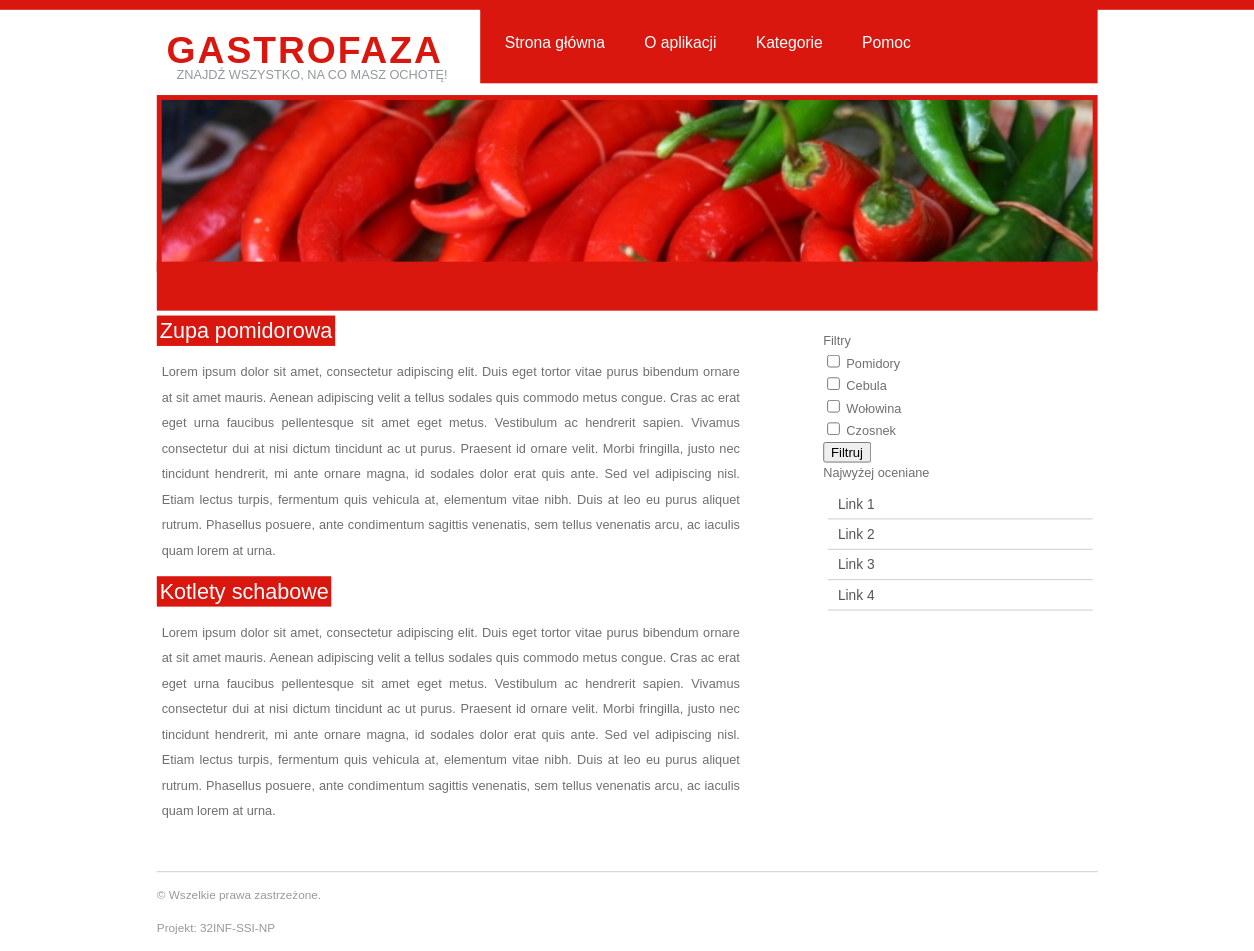
Repository: Michals1988/GroupProject
Page: index.html
These files come from the project's save history. The page is drawn as it stood at one moment and after the next save; the edit follows.
The browser window is 1280 px wide. The pictures show the whole page, at 98% of full size.

Above is the page before, as saved 2020-10-25 17:32:45.

After the next save:
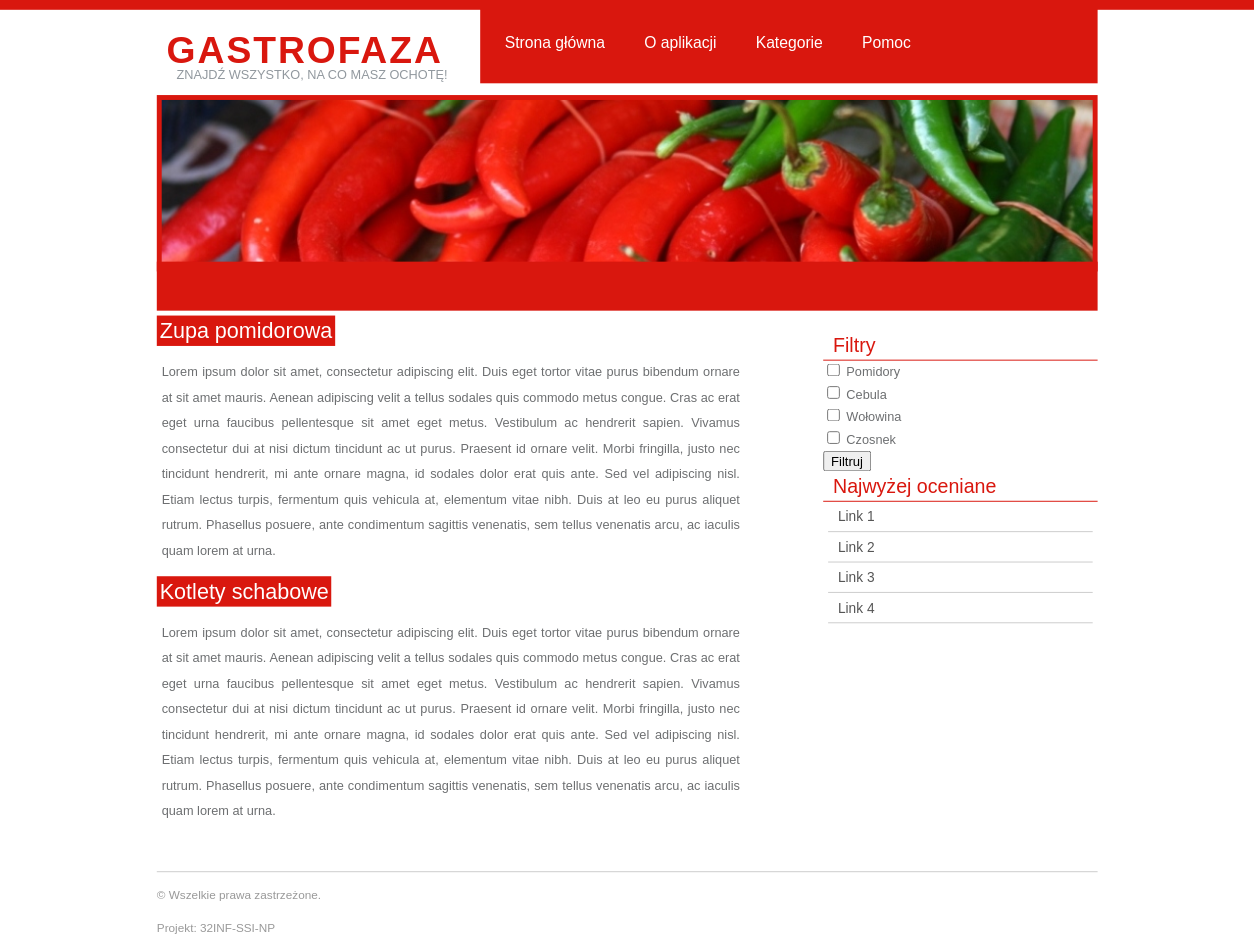
Saved 12 s later.
--- a/index.html
+++ b/index.html
@@ -60,7 +60,7 @@
                     </p>
                 </div>
                 <div id="sidebar">
-                    <div id="sidebar_title">Filtry</div>
+                    <div class="sidebar_title">Filtry</div>
                     <div class="input_wrapper">
                         <input type="checkbox">
                         <label for="">Pomidory</label>
@@ -78,7 +78,7 @@
                         <label for="">Czosnek</label>
                     </div>
                     <button id="filter_button">Filtruj</button>
-                    <div id="sidebar_title">Najwyżej oceniane</div>
+                    <div class="sidebar_title">Najwyżej oceniane</div>
                     <ul>
                         <li><a href="#">Link 1</a></li>
                         <li><a href="#">Link 2</a></li>
